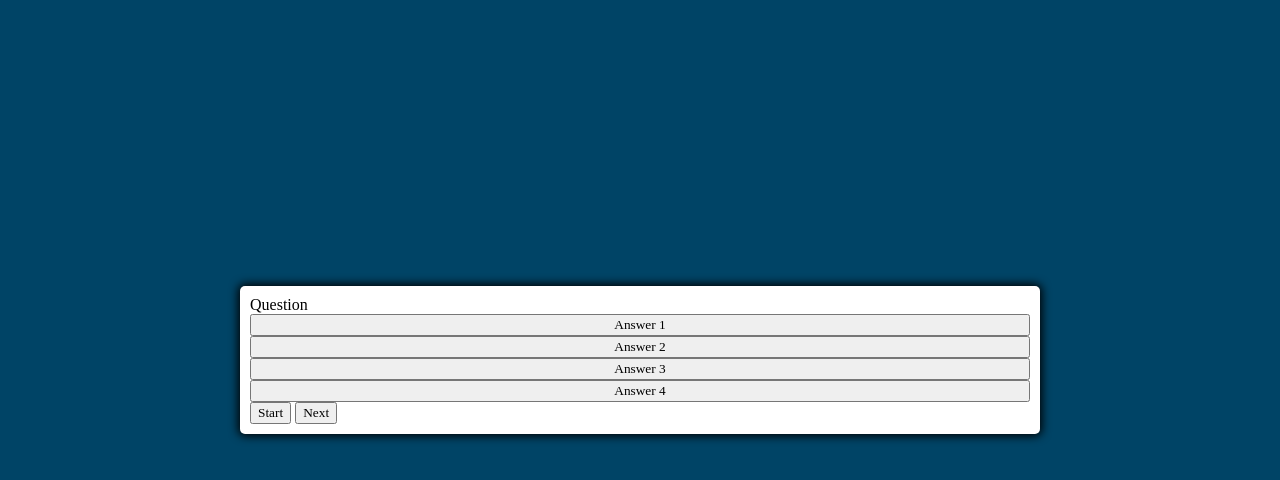
Repository: DaNiels89/quiz-js
Page: index.html
An editor plug-in stored every save of this project. The page is shown before and after the next save, followed by the edit.
The browser window is 1280 px wide. The pictures show the whole page.

Above is the page before, as saved 2020-06-22 09:47:45.

After the next save:
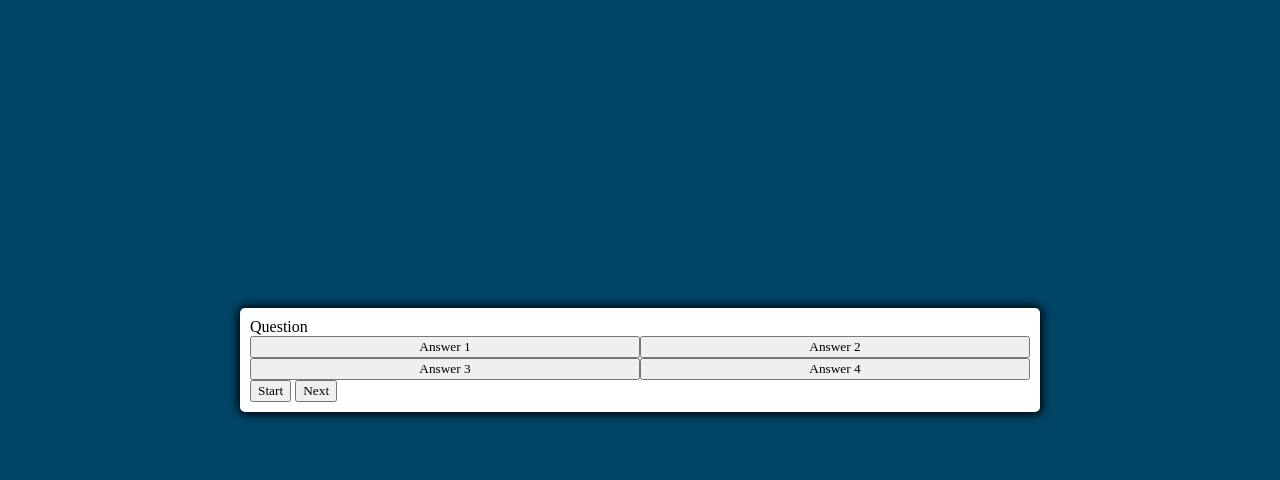
Saved 8 s later.
--- a/css/styles.css
+++ b/css/styles.css
@@ -40,5 +40,5 @@ body.wrong {
 
 .btn-grid {
     display: grid;
-    grid-template-columns: repeat (2, auto);
+    grid-template-columns: repeat(2, auto);
 }
